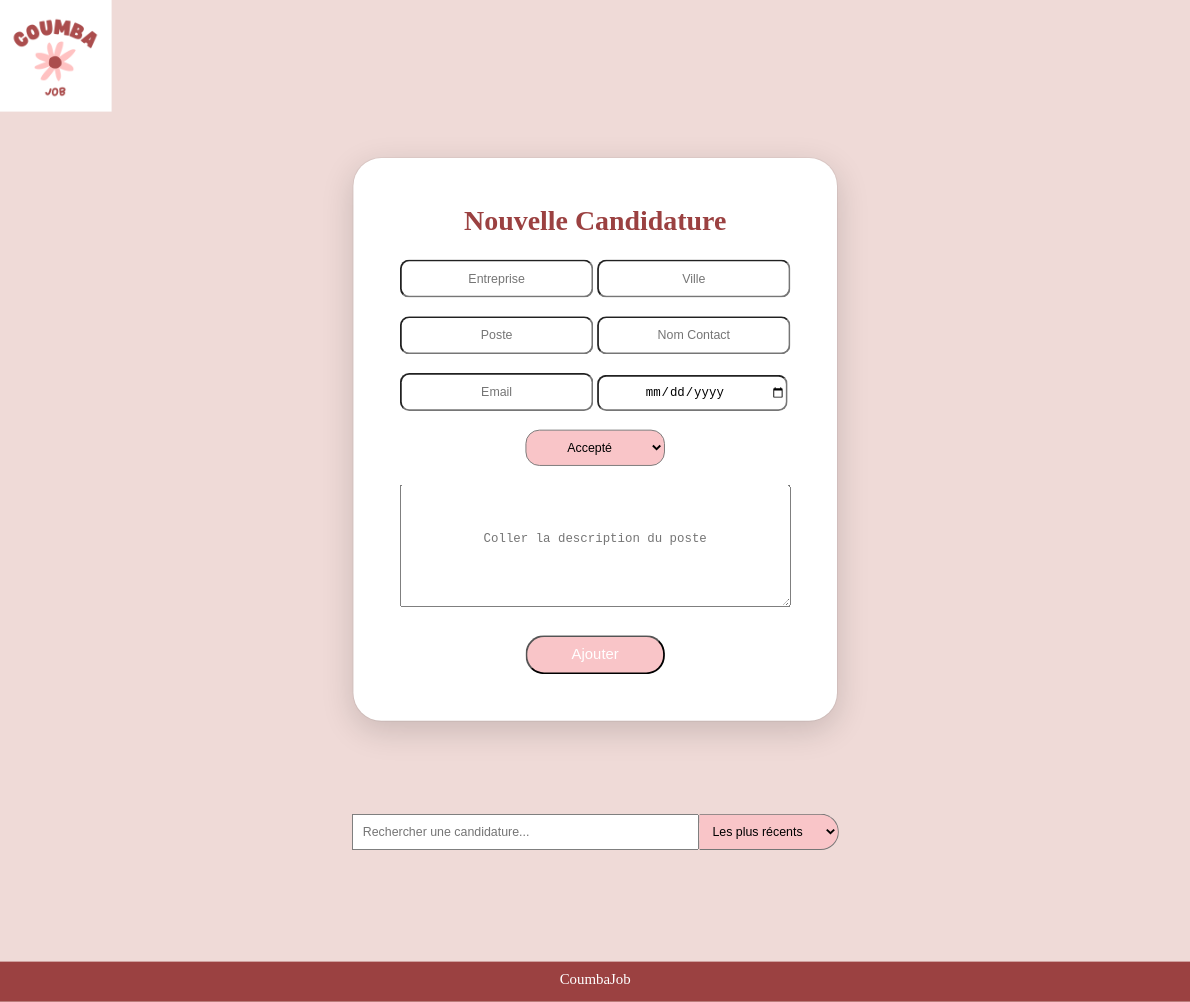
Repository: Coumba25040/coumbaProjet
Page: projetCoumba/index.html
These files come from the project's save history. The page is drawn as it stood at one moment and after the next save; the edit follows.
The browser window is 1280 px wide. The pictures show the whole page, at 93% of full size.
The pointer rests on the first visible `#btn-ajouter`.
Some web fonts or font styles are not loaded; a fallback is used.

Above is the page before, as saved 2025-09-25 19:55:15.

### projetCoumba/index.html
<!DOCTYPE html>
<html lang="en">
<head>
    <meta charset="UTF-8">
    <meta name="viewport" content="width=device-width, initial-scale=1.0">
    <title>CoumbaJob</title>
    <link rel="stylesheet" href="style.css">
    <link rel="stylesheet" href="https://fonts.googleapis.com/css2?family=Material+Symbols+Outlined:opsz,wght,FILL,GRAD@20..48,100..700,0..1,-50..200&icon_names=delete" />
</head>
<body>
    <header>
        <img src="logo.png" alt="logo">
    </header>
    <article id="form-container">
        <form action="" method="post" id="form">
            <h1 id="candidature">Nouvelle Candidature</h1>
            <div class="class-group">
                <input type="text" name="entreprise" id="entreprise" placeholder="Entreprise" required>
                <input type="text" name="ville" id="ville" placeholder="Ville" required>
            </div>
            <div class="class-group">
                <input type="text" name="poste" id="poste" placeholder="Poste" required>
                <input type="text" name="contact" id="contact" placeholder="Nom Contact" required>
            </div>

            <div class="class-group">
                <input type="email" name="email" id="email" placeholder="Email" required>
                <input type="date" name="date" id="date" placeholder="Date" lang="fr" required>

            </div>
                <select name="statut" id="statut" required>
                    <option value="Accepté">Accepté</option>
                    <option value="Refusé">Refusé</option>
                    <option value="En Attente">En Attente</option>
                    <option value="Entretien">Entretien</option>
                </select>
            <textarea name="description" id="description" placeholder="Coller la description du poste"></textarea>
            <div>
                <button type="submit" id="btn-ajouter">Ajouter</button>
            </div>
        </form>
    </article>
    <article id="recherche-tri">
        <input type="text" name="recherche" id="recherche" placeholder="Rechercher une candidature...">
        <select name="trier" id="trier">
            <option value="recent">Les plus récents</option>
            <option value="moinsRecent">Les moins récents</option>
            <option value="Accepté">Accepté</option>
            <option value="Refusé">Refusé</option>
            <option value="En Attente">En Attente</option>
            <option value="Entretien">Entretien</option>
        </select>
    </article>
    <article id="candidature-container">
    </article>
    <footer>
        <p>CoumbaJob</p>

    </footer>
    <article id="popup-overlay">
        <div id="popup-content"></div>

    </article>

    <script src="app.js"></script>
</body>
</html>

### projetCoumba/style.css
body{
    margin: 0;
    padding: 0;
    background-color: #efdad7;
}
#form-container, #recherche-tri, img, #popup-overlay{
    display: flex;
    justify-content: center;
    align-items: center;
}
#candidature{
    text-align: center;
    color: #9B4141;
    font-size: 30px;
    margin-top: 0;
}
#form{
    display: flex;
    flex-direction: column;
    box-shadow: rgba(0, 0, 0, 0.16) 0px 10px 36px 0px, rgba(0, 0, 0, 0.06) 0px 0px 0px 1px;
    padding: 50px;
    border-radius: 30px;
    margin-top: 50px;
    background-color: white;
}

form input, #date{
    width: 200px;
    height: 35px;
    text-align: center;
    border-radius: 10px;
    margin-bottom: 20px;
}
#description{
    padding: 50px;
    text-align: center;
}
#btn-ajouter{

    padding: 10px;
    width: 150px;
    border-radius: 20px;
    margin: 30px auto 0 auto;
    display: block;
    background-color: #9B4141;
    color: white;
    font-size: 16px;
}
#btn-ajouter:hover{
    background-color: #F9C5C8;
}
#recherche{
    padding: 10px;
    width: 350px;
}
#recherche-tri{
    margin-top: 100px;
    margin-bottom: 70px;
}
#statut{
    padding: 10px;
    width: 150px;
    border-radius: 15px;
    margin: auto;
    margin-bottom: 20px;
    text-align: center;
    background-color: #F9C5C8;
}
#trier{
    padding: 10px;
    border-radius: 20px;
    background-color: #F9C5C8;
    border-top-left-radius: 0;
    border-bottom-left-radius: 0;
    border-left: 0;
}
.card{

    border-radius: 20px;
    padding: 20px;
    height: 150px;
    width: 250px;
    margin: 20px;
    background-color: white;
    box-shadow: rgba(99, 99, 99, 0.2) 0px 2px 8px 0px;
    position: relative;
}
.cardTitle{
    display: flex;
    justify-content: space-between;

}
h3, h6, p{
    margin: 0;
    margin-bottom: 5px;

}

.cardBody {
    display: flex;
    flex-direction: column;
    gap: 5px;
    position: relative;
}

.btn-modifier{
    align-self: flex-end;
    padding: 10px;
    border-radius: 10px;
    width: 100px;
    background-color: #F9C5C8;
    border: none;
}
.btn-modifier:hover{
    background-color: #9B4141;
}
#candidature-container{
    display: grid;
    grid-template-columns: repeat(auto-fit, minmax(250px, 1fr));
    margin: 0 auto;
    gap: 30px;
    place-items: center;
    padding: 0 20px;
    max-width: 1200px;
}
.card:hover{
    box-shadow: rgba(0, 0, 0, 0.35) 0px 5px 15px;
}
img{
    height: 120px;
    align-self: center;
}
footer{
    text-align: center;
    margin-top: 50px;
    padding: 10px;
    background-color: #9B4141;
    color: white;
}

.material-symbols-outlined {
    position: absolute;
    background-color: #F9C5C8;
    color: black;
    border-radius: 20px;
    font-size: 24px;
    padding: 4px;
    top: -10px;
    right: -10px;
    z-index: 10;
    cursor: pointer;
  font-variation-settings:
  'FILL' 0,
  'wght' 400,
  'GRAD' 0,
  'opsz' 24
}
.material-symbols-outlined:hover{
    background-color: #9B4141;
}
#popup-overlay{
    position: fixed;
    top: 0;
    left: 0;
    right: 0;
    bottom: 0;
    background-color: rgba(0, 0, 0, 0.442);
    z-index: 98;
    display: none;
}

#popup-overlay.open{
    display: block !important;
}

#popup-content{
    max-width: 600px;
    padding: 30px;
    box-sizing: border-box;
    background-color: white;
    width: 100%;
    position: absolute;
    top: 50%;
    left: 50%;
    transform: translate(-50%, -50%);
}

.popup-coordonne{
    background-color: #c6aed6;
    text-align: center;
    border-radius: 20px;
    margin-bottom: 20px;
    padding: 10px;
}
.popup-description{
    background-color: #efdad7;
    padding: 5px;
    max-height: 350px;
    overflow-y: auto;

}
.popup-exit{
    position: absolute;
    top: -10px;
    right: -10px;
    text-decoration: none;
    color: white;
    padding: 5px 10px;
    border-radius: 5px;
    background-color: black;
}

### projetCoumba/app.js
const candidatureContainer = document.getElementById('candidature-container')
const entreprise = document.getElementById('entreprise')
const ville = document.getElementById('ville')
const poste = document.getElementById('poste')
const contact = document.getElementById('contact')
const email = document.getElementById('email')
const statut = document.getElementById('statut')
const date = document.getElementById('date')
const description = document.getElementById('description')
let candidature = []
let currentIndex = null

function afficherCard(tabCandidature){
    candidatureContainer.innerHTML = ''
    tabCandidature.sort((a, b) => new Date(b.date) - new Date(a.date))

    tabCandidature.forEach((item, index) => {

        let cardCandidature = document.createElement('div')
        cardCandidature.classList.add('card')
        cardCandidature.setAttribute('data-index', index)

        cardCandidature.innerHTML += `
        <span class="material-symbols-outlined delete-icon" data-index=${index}>
                delete
                </span>
            <div class="cardBody">
                <div class="cardTitle">
                    <h3>${item.poste}</h3>
                    <p>${item.date}</p>
                </div>
                <p>${item.entreprise}</p>
                <p>${item.ville}</p>
                <p>${item.statut}</p>
                <button class="btn-modifier" data-index="${index}">Modifier</button>
            </div>`
        candidatureContainer.appendChild(cardCandidature)
        candidatureContainer.scrollIntoView({behavior: 'smooth', block: 'start'})

        const btnModifier = document.querySelectorAll('.btn-modifier')
        btnModifier.forEach(btnM => {
            btnM.addEventListener('click', (e) => {
                e.stopPropagation()
                const index = e.target.getAttribute('data-index')
                const item = candidature[index]

                entreprise.value = item.entreprise
                ville.value = item.ville
                poste.value = item.poste
                contact.value = item.contact
                email.value = item.email
                date.value = item.date
                statut.value = item.statut
                description.value = item.description

                currentIndex = index
                form.scrollIntoView({behavior: "smooth"})
            })
        })

        cardCandidature.addEventListener('click', () => {
            afficherPopup(item)
        })

    });

    const deleteIcon = document.querySelectorAll('.delete-icon')
    deleteIcon.forEach(icon =>{
        icon.addEventListener('click', (e) => {
            e.stopPropagation()
            const index = e.target.getAttribute('data-index')
            candidature.splice(index, 1)
            afficherCard(candidature)
            saveLocalStorage()
        })
    })
}

let form = document.getElementById('form')

form.addEventListener("submit", (e) => {
    e.preventDefault()

    const newCandidature = {

        entreprise: entreprise.value,
        ville: ville.value,
        poste: poste.value,
        contact: contact.value,
        email: email.value,
        date: date.value,
        statut: statut.value,
        description: description.value
    }


    if(currentIndex !== null){
        candidature[currentIndex] = newCandidature
        currentIndex = null
    }else{
        candidature.push(newCandidature)
    }

    entreprise.value = ''
    ville.value = ''
    poste.value = ''
    contact.value = ''
    email.value = ''
    date.value = ''
    description.value = ''

    afficherCard(candidature)
    saveLocalStorage()
})

const saveCandidature = localStorage.getItem('candidatures')

if(saveCandidature){
    candidature = JSON.parse(saveCandidature)
    afficherCard(candidature)
}

function saveLocalStorage(){
    localStorage.setItem('candidatures', JSON.stringify(candidature))
}

function afficherPopup(item){
let popupOverlay = document.getElementById('popup-overlay')
let popupContent = document.getElementById('popup-content')
        popupContent.innerHTML = `
            <div class="popup-coordonne">
                <h1 class="popup-emp">${item.poste}</h1>
                <h2 class="popup-ste">${item.entreprise} ${item.ville}</h2>
                <p class="popup-date-statut">${item.date} ${item.statut}</p>
                <p class="popup-contact">Contact : ${item.contact}</p>
                <p class="popup-email">Email : ${item.email}</p>
            </div>
            <div class="popup-description">
                <h2>Description du poste</h2>
                <p>${item.description}</p>
                <a href="javascript:void(0)" class="popup-exit">Fermer</a>
        </div>`

    popupOverlay.classList.add('open')

    const popupExit = document.querySelector('.popup-exit')

    popupExit.addEventListener('click', () => {
        popupOverlay.classList.remove('open')
   })
}

let trier = document.getElementById('trier')

trier.addEventListener('change', (e) => {
    const filtre = e.target.value
    let resultats = [...candidature]

    if(filtre === "recent"){
        resultats.sort((a, b) => new Date(b.date) - new Date(a.date))

    }else if(filtre === "moinsRecent"){
        resultats.sort((a, b) => new Date(a.date) - new Date(b.date))

    }else if (["Accepté", "Refusé", "En Attente", "Entretien"].includes(filtre)) {
        resultats = resultats.filter(c => c.statut === filtre)
    }

    afficherCard(resultats)
})

const recherche = document.getElementById('recherche')

recherche.addEventListener("keyup", (e) => {
    const input = recherche.value

    const result = candidature.filter(item =>
        item.entreprise.toLowerCase().includes(input.toLowerCase()) ||
        item.poste.toLowerCase().includes(input.toLowerCase()))

    if(result.length === 0){
        candidatureContainer.innerHTML = `<p>Aucune Candidature</p>`
    }else{
        afficherCard(result)
    }
})

After the next save:
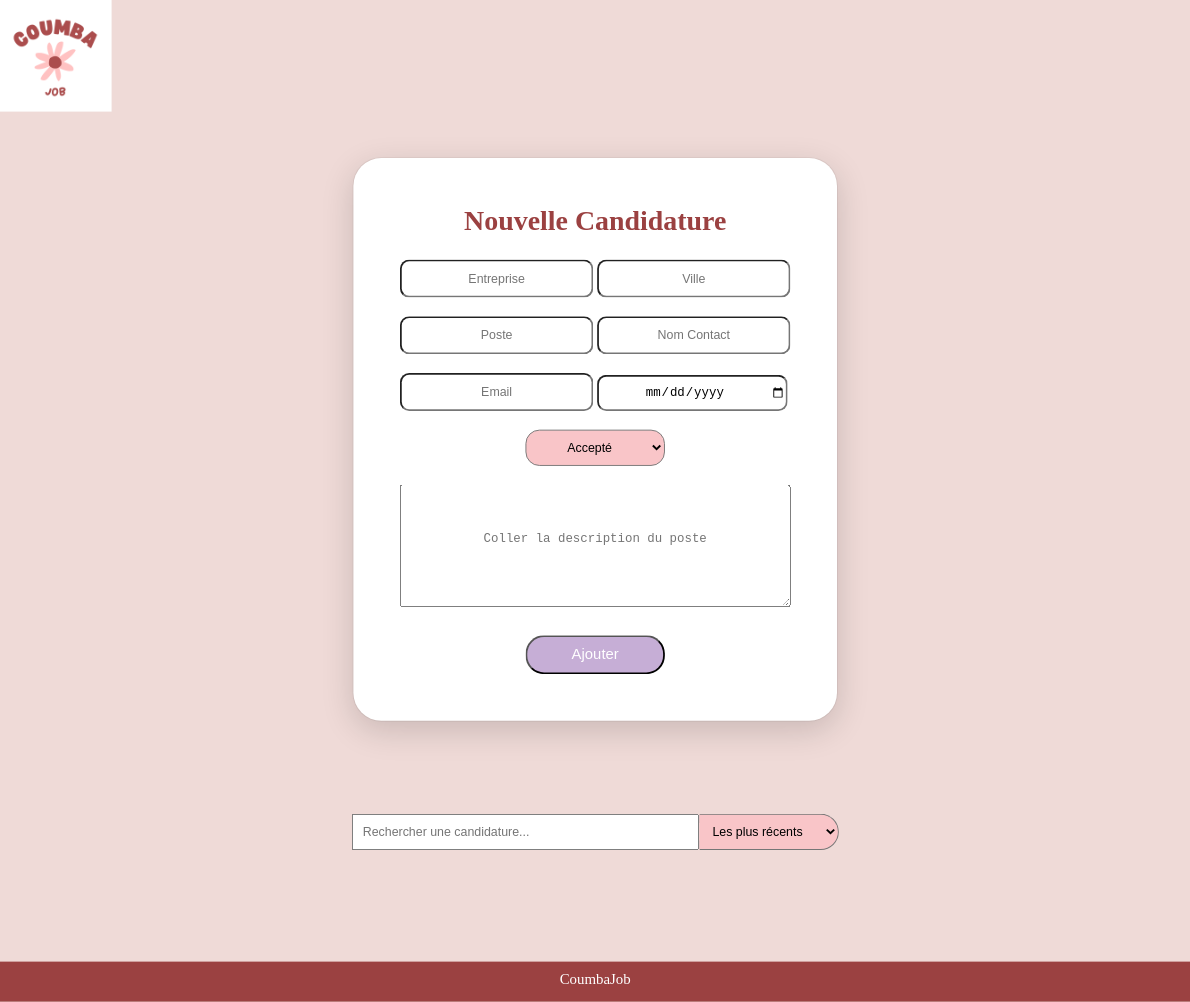
Saved 91 s later.
--- a/projetCoumba/style.css
+++ b/projetCoumba/style.css
@@ -47,7 +47,7 @@ form input, #date{
     font-size: 16px;
 }
 #btn-ajouter:hover{
-    background-color: #F9C5C8;
+    background-color: #c6aed6;
 }
 #recherche{
     padding: 10px;
